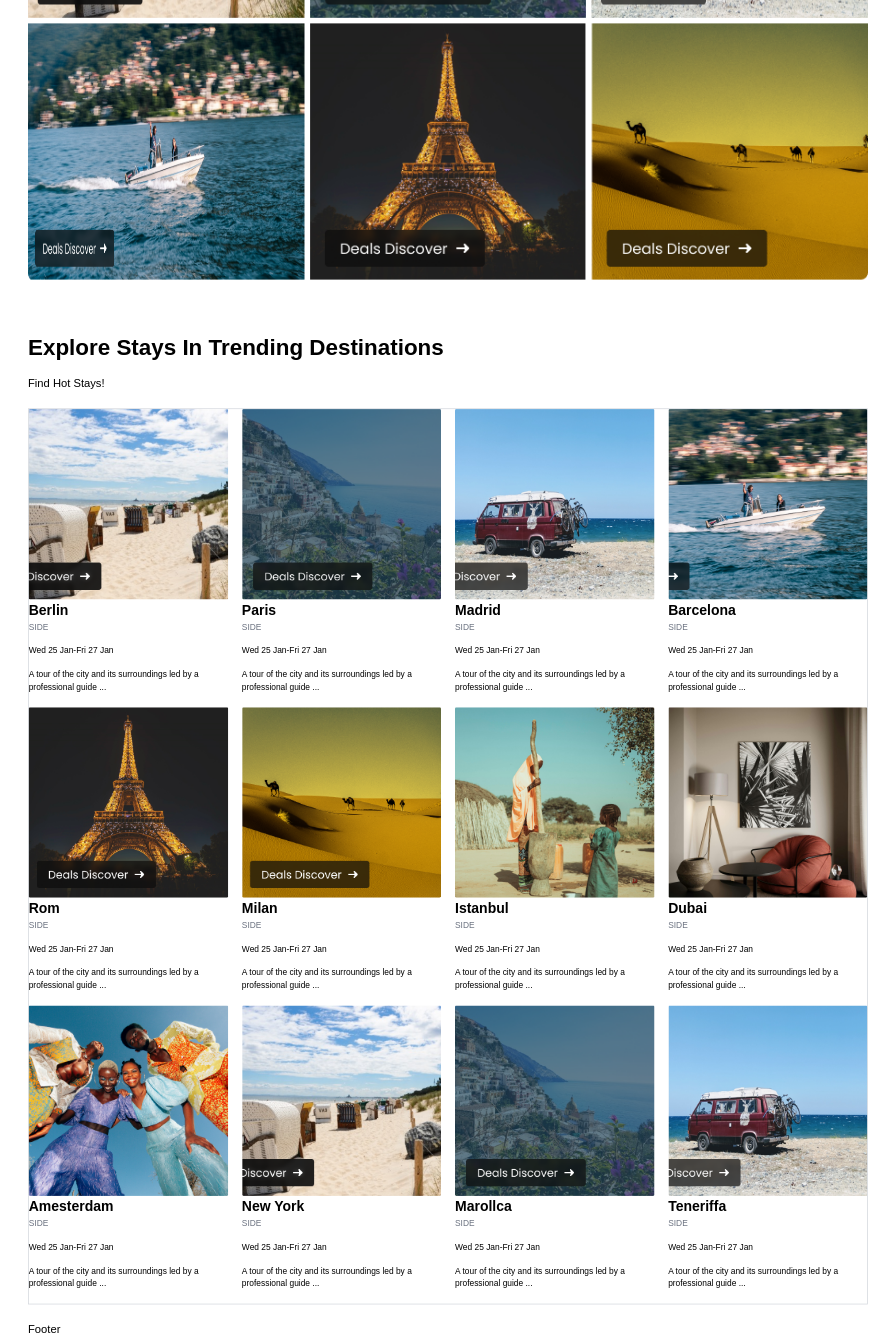
Repository: Quynhhuong150322/DIKO_STUDY_TRAVEL_WEB
Page: /
These files come from the project's save history. The page is drawn as it stood at one moment and after the next save; the edit follows.
The browser window is 1280 px wide. The pictures show the part of the page from y = 1108 to 3028 px (the page is 3020 px tall before and 3028 px after), at 70% of full size.
The project was rebuilt for these pictures with package versions that can differ from the ones it lists, and the page was loaded fresh each time. Also part of the build but not shown: src/components/Login.js, src/components/Register.js. Imported but missing from the stored project, and not drawn on this page: src/redux/slices/authSlice.

Above is the page before, as saved 2024-02-23 11:35:18.

### src/index.css
@tailwind base;
@tailwind components;
@tailwind utilities;

@import url("https://fonts.googleapis.com/css2?family=Poppins:wght@100;300;400;500;600&display=swap");

@layer base {
  html {
    font-family: "Poppins", sans-serif;
  }
  * {
    margin: 0;
    padding: 0;
    box-sizing: border-box;
    scroll-behavior: smooth;
    /* background-color: #F9F9F9; */
  }
}

@layer components {
  .max-container {
    max-width: 1260px;
    /* min-height: 100vh; */
    margin: 0 auto;
    padding: 0 30px;
    /* display: flex; */
    /* flex-direction: column; */
    justify-content: space-between;
  }
  .button {
    width: 189px;
    height: 40px;
    border-style: solid;
    border-width: 2px;
    border-color: #07689F;
    color: #07689F;
  }
  .tabMenu {
    width: 121px;
    height: 40px;
    color: #D9D9D9;
    border-style: solid;
    border-width: 2px;
    border-color: #D9D9D9;
    color: #D9D9D9;
    border-radius: 9999px;
  }
  .tabSearch {
    /* max-width: 1190px; */
    height: 56px;
    border-style: solid;
    border-width: 1px;
    border-color: #D9D9D9;
    padding: 0 16px;
    font-size: 12px;
  }

}

### src/App.js
import React from "react";
import Navbar from "./components/Navbar";
import Footer from "./components/Footer";
import AppRoutes from "./routes/AppRoutes";
import { BrowserRouter as Router } from "react-router-dom";

const App = () => {
  return (
    <Router>
      <div className="">
        <div className="max-container">
          <Navbar />
        </div>
        <div>
          <AppRoutes />
        </div>
        <div className="max-container">
          <Footer />
        </div>
      </div>
    </Router>
  );
};

export default App;

### src/redux/store.js
import { configureStore } from "@reduxjs/toolkit";
import authReducer from "./slices/authSlice";

export const store = configureStore({
  reducer: {
    users: authReducer,
  },
});

### src/components/Navbar.js
import React from 'react'
import Logo from '../assets/images/Header/Logo.png'
import EL from '../assets/images/Header/England.png'
import { FaRegQuestionCircle } from "react-icons/fa";
import { LuSearch } from "react-icons/lu";

const MenuData = [
    {
        id: 1,
        name: 'Trip',
    },
    {
        id: 2,
        name: '%Deals',
    },
    {
        id: 3,
        name: 'Hotel',
    },
    {
        id: 4,
        name: 'Flight',
    },
    {
        id: 5,
        name: 'Apartment',
    },
    {
        id: 6,
        name: 'Camper',
    },
]

const Navbar = () => {
    return (
        <div className='bg-neutral py-[24px]'>
            <div className="flex flex-col gap-10">
                {/* Header Section  */}
                <div className='flex gap-2 items-center'>
                    <img src={Logo} alt="" />
                    <div className='flex gap-7 items-center'>
                        <div className="flex gap-1 items-center">
                            <FaRegQuestionCircle className='text-primary' />
                            <img src={EL} alt="" className='w-7 h-7' />
                            {/* Search  */}
                            <div className="relative flex items-center">
                                <input
                                    type="text"
                                    placeholder="search"
                                    className="w-[605px] h-[32px] rounded-sm border border-gray-300 px-2 py-1 focus:outline-none focus:border-1 focus:border-primary"
                                />
                                <LuSearch className="text-gray-500 group-hover:text-primary absolute top-1/2 -translate-y-1/2 right-3 cursor-pointer" />
                            </div>
                        </div>
                        <div className='flex gap-2 items-center'>
                            <button className='button border-primary bg-neutral hover:scale-105 py-2 px-4 rounded-sm'>
                                Sing In
                            </button>
                            <button className='button border-primary bg-neutral hover:scale-105 py-2 px-4 rounded-sm'>
                                Register
                            </button>
                        </div>
                    </div>
                    <div>
                    </div>
                </div>
                {/* Upper Nav  */}
                <div className=''>
                    <div className=' '>
                        <ul className='flex justify-center gap-4'>
                            {
                                MenuData.map((data) => (
                                    <button key={data.id} className='text-pri tabMenu focus:bg-primary focus:text-white focus:font-bold focus:border-primary inline-block hover:text-primary' >
                                        {data.name}
                                    </button>
                                ))
                            }
                        </ul>
                    </div>
                </div>
            </div>
        </div>
    )
}

export default Navbar

### src/routes/AppRoutes.js
import React from "react";
import { Switch, Route } from "react-router-dom";
import Login from "../components/Login";
import Register from "../components/Register";
import Langding from "../pages/LangdingPage/Langding";
const AppRoutes = () => {
  return (
    <div>
      <Switch>
        <Route path="/login">
          <Login />
        </Route>
        <Route path="/register">
          <Register />
        </Route>
        <Route path="/" exact>
          <Langding />
        </Route>
        <Route path="*">
          <div className="">404 not Error...</div>
        </Route>
      </Switch>
    </div>
  );
};

export default AppRoutes;

### src/pages/LangdingPage/Langding.js
import React from 'react'
import Picture from '../../assets/images/LangdingPage/Picture.png'
import { LuHotel } from "react-icons/lu";
import { IoCalendarOutline } from "react-icons/io5";
import { SlArrowDown } from "react-icons/sl";
import { FiUserPlus } from "react-icons/fi";
import Img1 from "../../assets/images/LangdingPage/SpecialOffers/Photo 1.png";
import Img2 from "../../assets/images/LangdingPage/SpecialOffers/Photo 2.png"
import Img3 from "../../assets/images/LangdingPage/SpecialOffers/Photo 3.png"
import Img4 from "../../assets/images/LangdingPage/SpecialOffers/Photo 4.png"
import Img5 from "../../assets/images/LangdingPage/SpecialOffers/Photo 5.png"
import Img6 from "../../assets/images/LangdingPage/SpecialOffers/Photo 6.png"
import Img7 from "../../assets/images/LangdingPage/ExploreStays/Image1.jpg"
import Img8 from "../../assets/images/LangdingPage/ExploreStays/Image2.jpg"
import Img9 from "../../assets/images/LangdingPage/ExploreStays/Image3.jpg"
// import Img10 from "../../assets/images/LangdingPage/SpecialOffers/Photo 6.png"
// import Img11 from "../../assets/images/LangdingPage/SpecialOffers/Photo 6.png"



const BannerImg = {
  backgroundImage: `url(${Picture})`,
  backgroundPosition: "center",
  backgroundRepeat: "no-repeat",
  backgroundSize: "cover",
  height: "394px",
  width: "100%",
};
const ListMenu = [
  {
    id: 1,
    name: "All",
  },
  {
    id: 2,
    name: "Hotels",
  },
  {
    id: 3,
    name: "Flights",
  },
  {
    id: 4,
    name: "Multi",
  }
]

const ListImage = [
  {
    id: 1,
    img: Img1,
  },
  {
    id: 2,
    img: Img2,
  },
  {
    id: 3,
    img: Img3,
  },
  {
    id: 4,
    img: Img4,
  },
  {
    id: 5,
    img: Img5,
  },
  {
    id: 6,
    img: Img6,
  },
]
const ListCard = [
  {
    id: 1,
    img: Img1,
    location: "Berlin",
    side: "SIDE",
    time: "Wed 25 Jan-Fri 27 Jan",
    title: "A tour of the city and its surroundings led by a professional guide ..."
  },
  {
    id: 2,
    img: Img2,
    location: "Paris",
    side: "SIDE",
    time: "Wed 25 Jan-Fri 27 Jan",
    title: "A tour of the city and its surroundings led by a professional guide ..."

  },
  {
    id: 3,
    img: Img3,
    location: "Madrid",
    side: "SIDE",
    time: "Wed 25 Jan-Fri 27 Jan",
    title: "A tour of the city and its surroundings led by a professional guide ..."

  },
  {
    id: 4,
    img: Img4,
    location: "Barcelona",
    side: "SIDE",
    time: "Wed 25 Jan-Fri 27 Jan",
    title: "A tour of the city and its surroundings led by a professional guide ..."

  },
  {
    id: 5,
    img: Img5,
    location: "Rom",
    side: "SIDE",
    time: "Wed 25 Jan-Fri 27 Jan",
    title: "A tour of the city and its surroundings led by a professional guide ..."

  },
  {
    id: 6,
    img: Img6,
    location: "Milan",
    side: "SIDE",
    time: "Wed 25 Jan-Fri 27 Jan",
    title: "A tour of the city and its surroundings led by a professional guide ..."

  },
  {
    id: 7,
    img: Img7,
    location: "Istanbul",
    side: "SIDE",
    time: "Wed 25 Jan-Fri 27 Jan",
    title: "A tour of the city and its surroundings led by a professional guide ..."

  },
  {
    id: 8,
    img: Img8,
    location: "Dubai",
    side: "SIDE",
    time: "Wed 25 Jan-Fri 27 Jan",
    title: "A tour of the city and its surroundings led by a professional guide ..."

  },
  {
    id: 9,
    img: Img9,
    location: "Amesterdam",
    side: "SIDE",
    time: "Wed 25 Jan-Fri 27 Jan",
    title: "A tour of the city and its surroundings led by a professional guide ..."

  },
  {
    id: 10,
    img: Img1,
    location: "New York",
    side: "SIDE",
    time: "Wed 25 Jan-Fri 27 Jan",
    title: "A tour of the city and its surroundings led by a professional guide ..."

  },
  {
    id: 11,
    img: Img2,
    location: "Marollca",
    side: "SIDE",
    time: "Wed 25 Jan-Fri 27 Jan",
    title: "A tour of the city and its surroundings led by a professional guide ..."

  },
  {
    id: 12,
    img: Img3,
    location: "Teneriffa",
    side: "SIDE",
    time: "Wed 25 Jan-Fri 27 Jan",
    title: "A tour of the city and its surroundings led by a professional guide ..."

  },
]

const Langding = () => {
  return (
    <div >
      {/* Discover Trip  */}
      <div className=' background ' style={BannerImg}>
        <div className=' '>
          <h1 className='text-3xl w-1/3 font-bold text-white bg-opacity-0'>
            Discover Your Trip Worldwide !
          </h1>
          <div class="flex flex-row  bg-white">
            <div class="basis-1/4 tabSearch flex gap-9 items-center">
              <LuHotel className='text-primary' size={24} />
              <p className=''>
                Where Are you Going to?
              </p>
            </div>
            <div class="basis-1/4 tabSearch flex gap-6 items-center">
              <IoCalendarOutline size={24} className='text-primary' />
              <p className=''>
                Check In Date
              </p>
              <p className=''>
                Check Out Date
              </p>
            </div>
            <div class="basis-1/3 tabSearch flex gap-8 items-center">
              <FiUserPlus size={24} className='text-primary' />
              <p className=''>
                Adults 2
              </p>
              <p className=''>
                Children 3
              </p>
              <p className=''>
                Room
              </p>
              <SlArrowDown size={24} className='text-primary' />
            </div>
            <div class="basis-1/6  tabSearch bg-primary flex justify-center items-center">
              <p className='font-bold text-white'>Search</p>
            </div>
          </div>
        </div>
      </div>
      {/* Special Offers */}
      <div className='max-container py-6'>
        {/* checkbox  */}
        <div className='flex flex-col gap-6 py-6'>
          <h2 className='text-2xl font-bold'>Special Offers</h2>
          <div className='flex '>
            <div className='flex justify-center items-center gap-2'>
              {
                ListMenu.map((data) => (
                  <><input
                    type="checkbox"
                    className="w-[24px] h-[24px] border border-gray-300 px-2 py-1 focus:outline-none focus:border-1 focus:border-primary" />
                    <label for="checkbox" className='text-base'>{data.name}</label>
                  </>
                ))
              }
            </div>
          </div>
        </div>
        {/* image  */}
        <div>
          <div className='grid grid-cols-3 gap-2'>
            {
              ListImage.map((data) => (
                <img src={data.img} alt="" className='w-full h-full' />
              ))
            }
          </div>
        </div>
      </div>

      {/* Explore Stays In Trending Destinations  */}
      <div className='max-container py-6'>
        <div className='flex flex-col gap-4 py-6'>
          <h2 className='text-2xl font-bold'>Explore Stays In Trending Destinations</h2>
          <p>Find Hot Stays!</p>
        </div>
        {/* ImageCard */}
        <div className='grid grid-cols-4 place-items-center gap-5 border border-gray-300'>
          {
            ListCard.map((data) => (
              <div className='flex flex-col '>
                <img src={data.img} alt="" className=' h-[272px] w-full object-cover rounded-sm' />
                <div className='flex flex-col gap-4'>
                  <div className=''>
                    <p className='text-xl font-semibold'>{data.location}</p>
                    <p className='text-sm text-gray-500'>{data.side}</p>
                  </div>
                  <p className='text-sm'>{data.time}</p>
                  <p className='text-sm'>{data.title}</p>
                </div>
              </div>
            ))
          }
          <div className=''>
          </div>
        </div>
      </div>
    </div>
  )
}

export default Langding

### tailwind.config.js
/** @type {import('tailwindcss').Config} */
module.exports = {
  content: ["./src/**/*.{js,jsx,ts,tsx}"],
  theme: {
    extend: {
      colors: {
        primary: "#07689F",
        secondary: "#D9D9D9",
        neutral: "#F9F9F9",
        pri: "#A6A6A6",
      },
      fontSize: {
        sm: '12px',
        base: '16px',
        xl: '20px',
        '2xl': '32px',
        '3xl': '40px',
        '4xl': '44px',
        // '5xl': '3.052rem',
      },
    },
  },
  plugins: [],
};

Loaded but not shown: public/index.html (common file); src/index.js (common file); src/reportWebVitals.js (common file); src/components/Footer.js (common file)

After the next save:
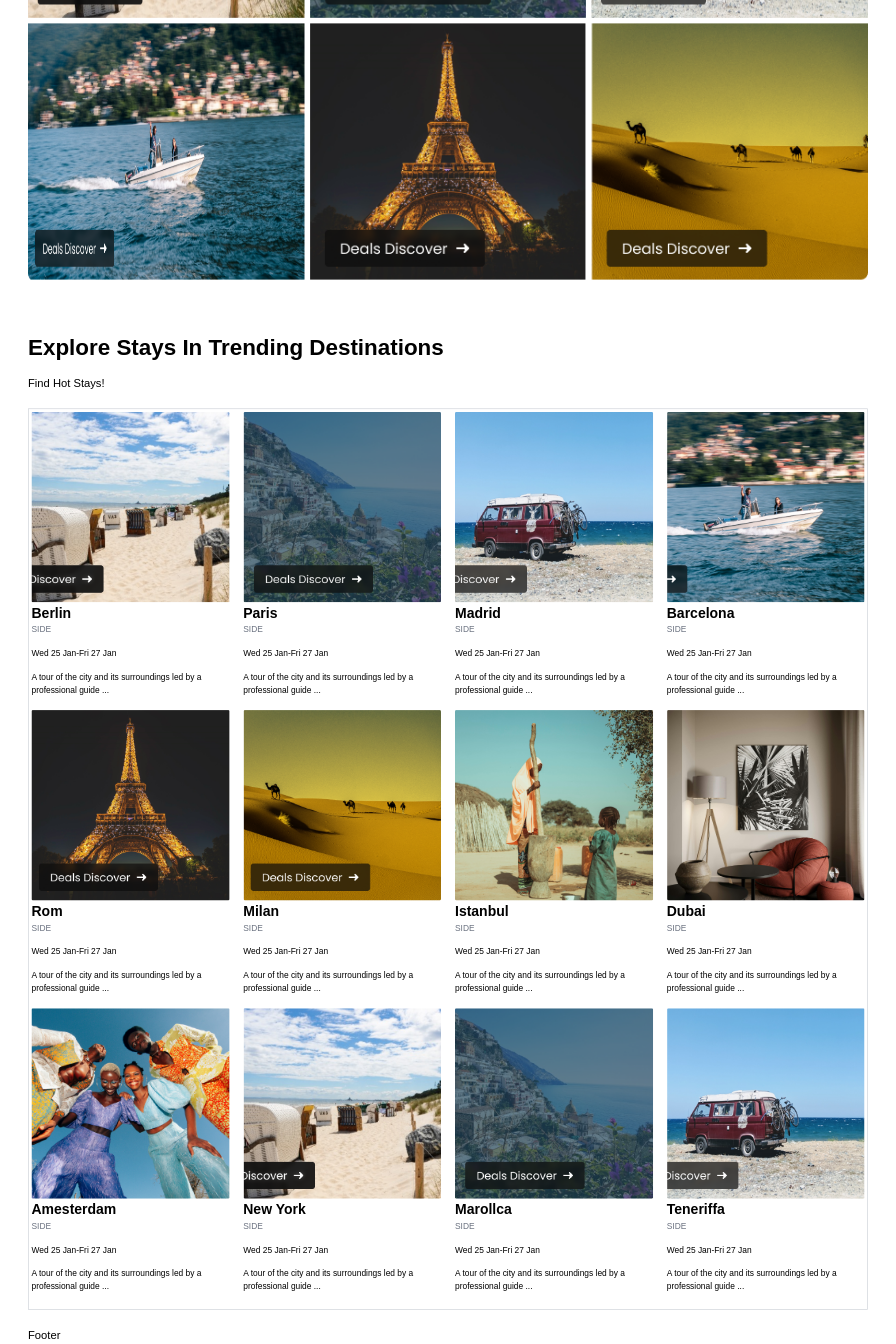
Saved 25 s later.
--- a/src/pages/LangdingPage/Langding.js
+++ b/src/pages/LangdingPage/Langding.js
@@ -263,7 +263,7 @@ const Langding = () => {
           <p>Find Hot Stays!</p>
         </div>
         {/* ImageCard */}
-        <div className='grid grid-cols-4 place-items-center gap-5 border border-gray-300'>
+        <div className='grid grid-cols-4 place-items-center gap-5 border border-gray-300 p-1'>
           {
             ListCard.map((data) => (
               <div className='flex flex-col '>
